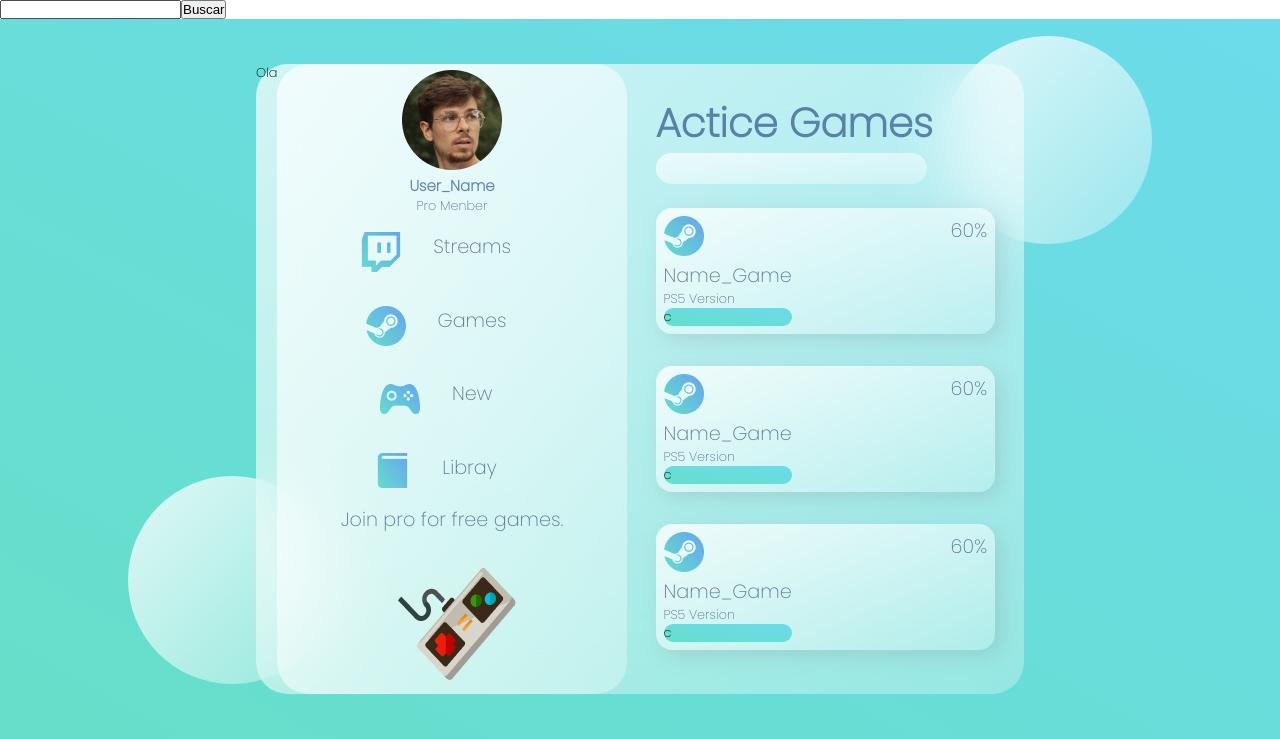
Repository: ServerK001/HomeGamer
Page: /
The author's editor kept a copy of each file at every save. The page is drawn from the files as they stood at one save, then again after the next save.
The browser window is 1280 px wide. The pictures show the whole page.
The project was rebuilt for these pictures with package versions that can differ from the ones it lists, and the page was loaded fresh each time.

Above is the page before, as saved 2021-12-27 16:38:44.

### src/index.js
import React from 'react';
import ReactDOM from 'react-dom';
import './index.module.scss';
import App from './App';

ReactDOM.render(
  <React.StrictMode>
    <App />
  </React.StrictMode>,
  document.getElementById('root')
);

### src/index.module.scss
@import url('https://fonts.googleapis.com/css2?family=Poppins:ital,wght@0,200;1,100&display=swap');

* {
  margin: 0;
  padding: 0;
  box-sizing: border-box;
}

body{
  justify-content: center;
  align-items: center;
  font-family: 'Poppins', sans-serif;
  font-size: 0.8rem;

}

h1{
  color:#426696;
  font-weight: 600;
  opacity: 0.8;
  font-size: 2.5rem;
}

h2, p {
  color:#415879;
  font-weight: 500;
  opacity: 0.8;
}

h3 {
  color:#426696;
  font-weight: 600;
  opacity: 0.8;
}

### src/App.js


import { useState } from 'react';
import axios from 'axios';


import Home from './components/header/header';
import './css/App.scss'

function App() {

  const [player, setPlayer] = useState(1)


  const searchForPlayers = (event)=>{
      var URL  = "https://pokeapi.co/api/v2/pokemon/" + player

        axios.get(URL).then(res => setPlayer(res.data))
        console.log(player)



  }



  return (
    <>
      <div>
        <input type="text" onChange={e => setPlayer(e.target.value)}></input>

          <button  onClick={e => searchForPlayers(e)}>Buscar</button>
          <strong>{player.name}</strong>
      </div>
        <Home poke={player.name} />



    </>
  );
}

export default App;

### src/components/header/header.jsx
import React from 'react'
import { Dashborad } from '../dashboard/dashborad'
import GamesProgress from './GamesProgress/GamesProgress'

import    './style.scss'
export default function Home(props) {
    return (

        <main>
            <section className="glass">
                Ola {props.poke}

                <Dashborad />


                <GamesProgress />

            </section>
            <div className="circle1"></div>
            <div className="circle2"></div>
        </main>
    )
}

### src/components/dashboard/dashborad.jsx
import React from 'react'
import './style.scss'
import twitch from './images/twitch.png'
import avatar from './images/avatar.png'
import steam from './images/steam.png'
import upcoming from './images/upcoming.png'
import library from './images/library.png'
import Game from './proGames/proGames'

export const Dashborad = (props) => {
    return (
            <div className="dashborad">
                    <div className="user">
                        <img src={avatar} alt="" />
                            <h3>User_Name</h3>
                                <p>Pro Menber</p>
                    </div>

                        <div className="links">
                                <div className="link">
                                <img src={twitch} />
                                        <h2>Streams</h2>
                                </div>
                        </div>

                        <div className="links">
                                <div className="link">
                                    <img src={steam} alt="" />
                                        <h2>Games</h2>
                                </div>
                        </div>

                        <div className="links">
                                <div className="link">
                                    <img src={upcoming} alt="" />
                                        <h2>New</h2>
                                </div>
                        </div>

                        <div className="links">
                                <div className="link">
                                    <img src={library} alt="" />
                                        <h2>Libray</h2>
                                </div>
                        </div>

                  <Game />


            </div>
    )
}

### src/components/header/GamesProgress/GamesProgress.jsx
import React from 'react'
import gameimg from '../../dashboard/images/steam.png'
import Cardsgames from './cardsGames/cardsgames'
import './style.scss'
export default function GamesProgress() {
    return (
            <div className="games">
                <div className="status">
                    <h1>Actice Games</h1>
                    <input type="text" />
                </div>

           <Cardsgames image={gameimg} />
           <Cardsgames image={gameimg} />
           <Cardsgames image={gameimg} />











            </div>
    )
}

### src/components/header/style.scss

main {
  min-height: 100vh;
  background: linear-gradient(to right top, #65dfc9, #6cdbeb);
  display: flex;
  align-items: center;
  justify-content: center;

}

.glass {
  background: white;
  min-height: 60vh;
  width: 60%;
  background: linear-gradient(
    to right bottom,
    rgba(255, 255, 255, 0.7),
    rgba(255, 255, 255, 0.3)
  );
  border-radius: 2rem;
  z-index: 2;
  backdrop-filter: blur(2rem);
  display: flex;


}



.circle1,
.circle2 {
  background: white;
  background: linear-gradient(
    to right bottom,
    rgba(255, 255, 255, 0.8),
    rgba(255, 255, 255, 0.3)
  );
  height: 13rem;
  width: 13rem;
  position: absolute;
  border-radius: 50%;
}

.circle1 {
  top: 5%;
  right: 10%;

}
.circle2 {
  bottom: 5%;
  left: 10%;
}

### src/components/dashboard/style.scss


.dashborad{
    flex: 1;
    display: flex;
    flex-direction: column;
    align-items: center;
    justify-content: space-evenly;
    text-align: center;
    padding: 0.3rem;


    background: linear-gradient(
        to right bottom,
        rgba(255, 255, 255, 0.7),
        rgba(255, 255, 255, 0.3)
      );

      border-radius: 2rem;
}

.link{
    display: flex;
   padding: 1rem 1rem;
}
.link h2 {
    padding: 0rem 2rem;
}

### src/components/dashboard/proGames/proGames.jsx
import React from 'react'
import controller from '../images/controller.png'

 const Games = () => {
    return (
        <>
        <div className='pro'>
            <h2>Join  pro  for  free games.</h2>
                <img src={controller}  />
        </div>

        </>
    )
}
export default Games

### src/components/header/GamesProgress/cardsGames/cardsgames.jsx
import React from 'react'
import './styles.scss'

export default function Cardsgames(props) {
    return (
     <div className="cards">
                <div className="card">
                    <img src={props.image}  />
                    <div className="card-info">
                        <h2>Name_Game</h2>
                        <p>PS5 Version</p>
                                <div className="progress">c</div>
                    </div>
                </div>
            <h2 className="porcentage">60%</h2>
     </div>
    )
}

### src/components/header/GamesProgress/style.scss
.games{
    display: flex;
    margin: 1.5rem;
    flex: 1;
    padding: 0.3rem;
    flex-direction: column;
    justify-content: space-evenly;
}

.status input{
 margin-bottom: 0.5rem;
 background: linear-gradient(
    to right bottom,
    rgba(255, 255, 255, 0.7),
    rgba(255, 255, 255, 0.3)
  );
 border: none;
 width: 80%;
 padding: 0.5rem;
 border-radius: 2rem;



}

### src/components/header/GamesProgress/cardsGames/styles.scss
.cards{
    background:linear-gradient(to left top, rgba(255, 255, 255, 0.2), rgba(255, 255, 255, 0.8));
    border-radius: 1rem;
    margin: 1rem 0rem ;
    padding:  0.5rem;
    box-shadow: 6px 6px 20px rgba(122, 122, 122, 0.212);
    display: flex;
    justify-content: space-between;

}

.progress {
    background: linear-gradient(to right top, #65dfc9, #6cdbeb);
    width: 100%;
    height: 100%;
    border-radius: 1rem;
    position: relative;
    overflow: hidden;
  }

Loaded but not shown: public/index.html (common file); src/css/App.scss (no stored copy; drawn as an empty file)

After the next save:
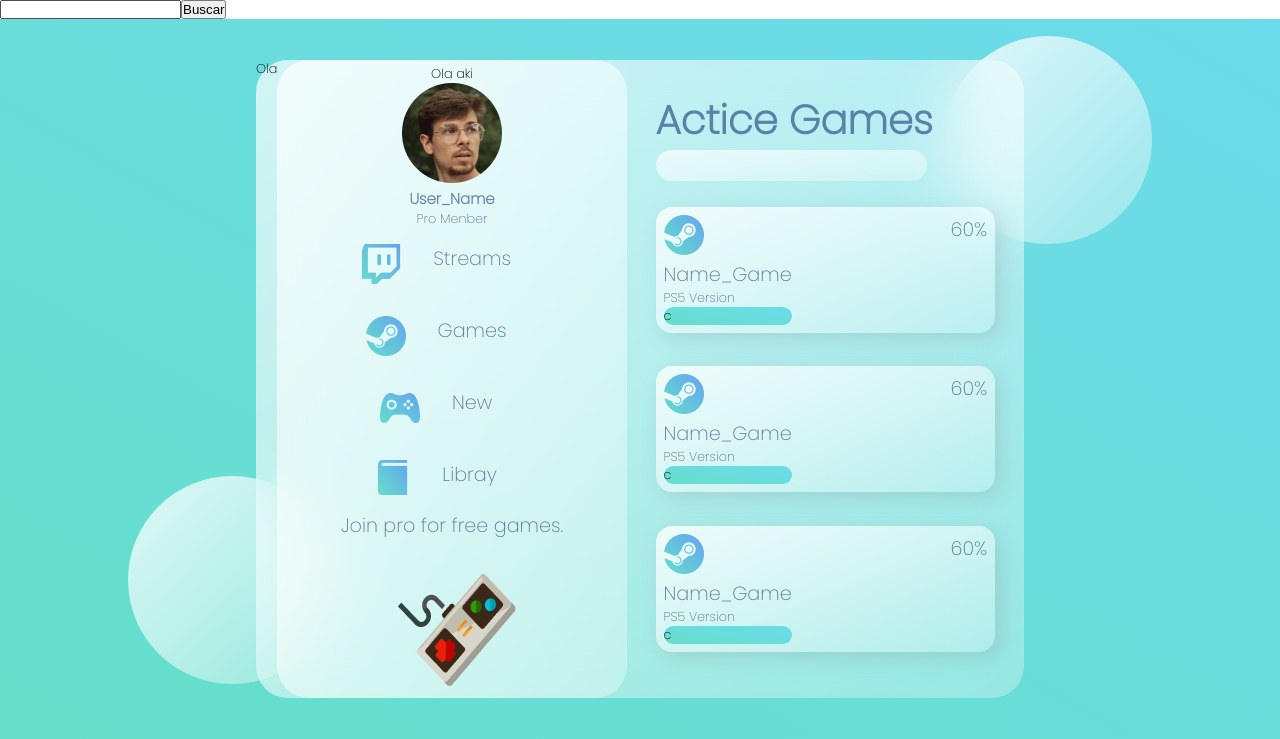
Saved 59 s later.
--- a/src/components/dashboard/dashborad.jsx
+++ b/src/components/dashboard/dashborad.jsx
@@ -10,6 +10,8 @@
 export const Dashborad = (props) => {
     return (
             <div className="dashborad">
+
+                    Ola aki
                     <div className="user">
                         <img src={avatar} alt="" />
                             <h3>User_Name</h3>
